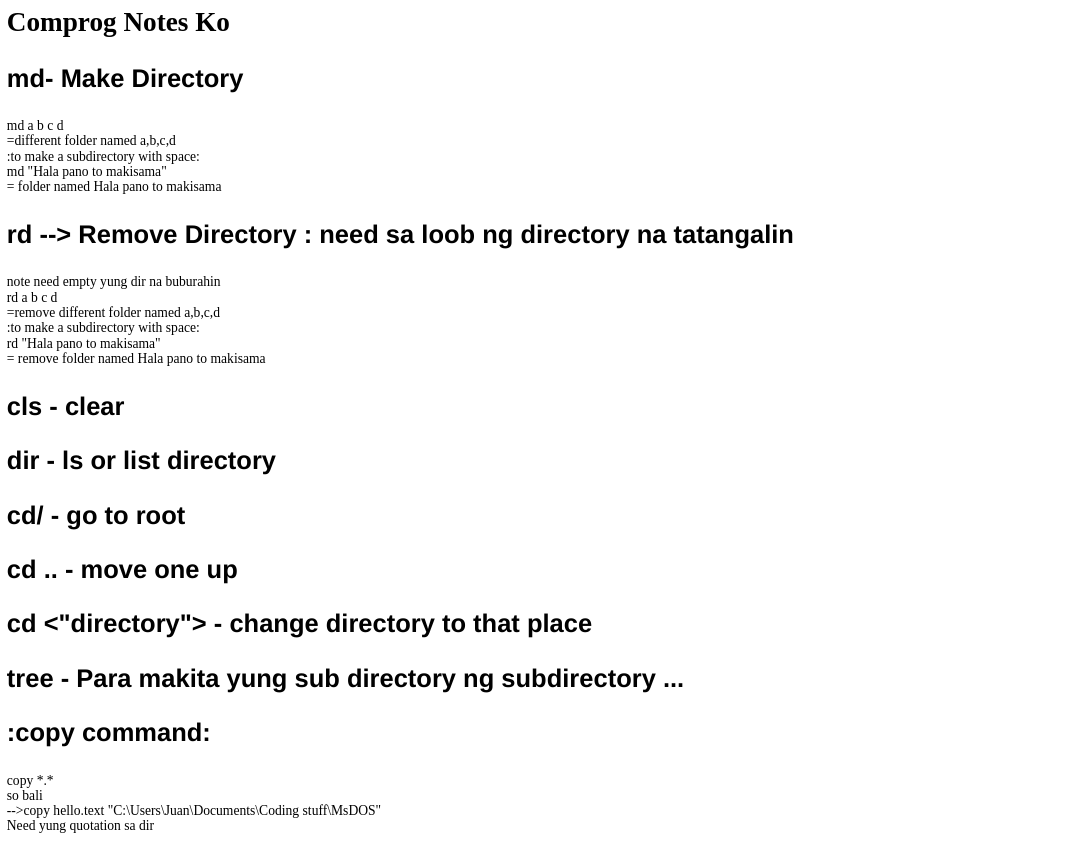
Repository: zwainer/Comprog
Page: index.html
The author's editor kept a copy of each file at every save. The page is drawn from the files as they stood at one save, then again after the next save.
The browser window is 1280 px wide. The pictures show the whole page, at 85% of full size.

Above is the page before, as saved 2023-05-04 08:38:14.

After the next save:
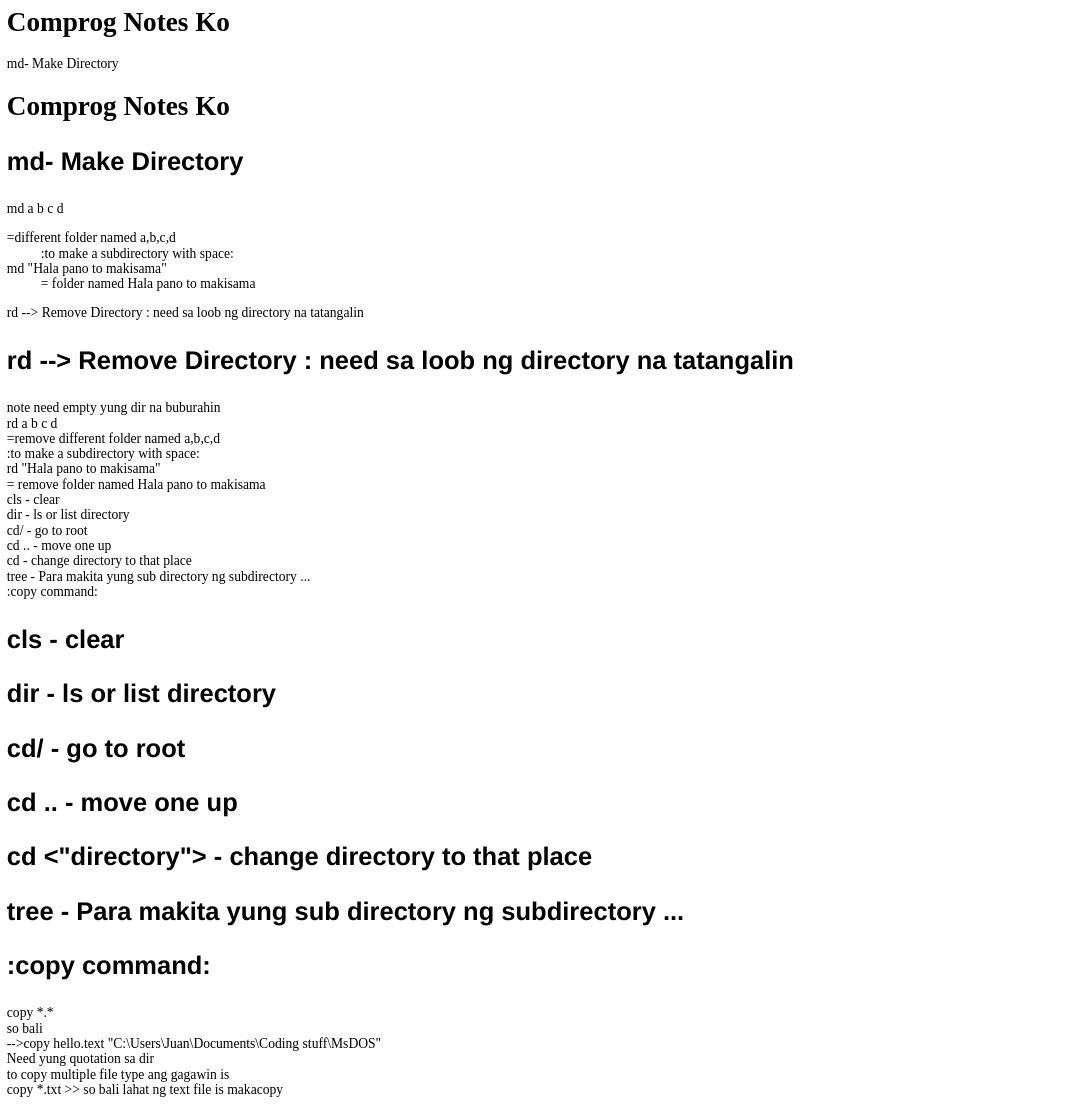
Saved 37 h 35 min later.
--- a/index.html
+++ b/index.html
@@ -1,18 +1,27 @@
 <html>
+
+	<h1>Comprog Notes Ko</h1>
+<p>md- Make Directory <br/>
+
 	<head>
 		<link rel="stylesheet" href="index.css">
 	</head>
 	<h1>Comprog Notes Ko</h1>
 <p class="StartCommand">md- Make Directory <br/></p>
+
 	md a b c d  <br/>
-		=different folder named a,b,c,d<br/>
+	<dl>
+<dt>=different folder named a,b,c,d<br/></dt>
 
-	:to make a subdirectory with space:<br/>
+	<dd>:to make a subdirectory with space:<br/></dd>
 
-	md "Hala pano to makisama"<br/>
-		= folder named Hala pano to makisama<br/>
+	<dt>md "Hala pano to makisama"<br/></dt>
+		<dd>= folder named Hala pano to makisama<br/></dd>
+</dl>
+rd --> Remove Directory : need sa loob ng directory na tatangalin<br/>
 
 <p class="StartCommand">rd --> Remove Directory : need sa loob ng directory na tatangalin<br/></p>
+
 
 	note need empty yung dir na buburahin<br/>
 
@@ -26,6 +35,20 @@ rd a b c d <br/>
 		= remove folder named Hala pano to makisama	<br/>
 
 
+
+cls - clear<br/>
+
+dir - ls or list directory<br/>
+
+cd/ - go to root<br/>
+
+cd .. - move one up<br/>
+
+cd <directory> - change directory to that place<br/>
+
+tree - Para makita yung sub directory ng subdirectory ...<br/>
+
+:copy command:<br/>
 <p class="StartCommand">cls - clear<br/></p>
 
 <p class="StartCommand">dir - ls or list directory<br/></p>
@@ -40,12 +63,17 @@ rd a b c d <br/>
 
 <p class="StartCommand">:copy command:<br/></p>
 
+
 copy *.*<br/>
 
 	so bali <br/>
 		-->copy hello.text "C:\Users\Juan\Documents\Coding stuff\MsDOS"<br/>
 			Need yung quotation sa dir<br/>
 
+	to copy multiple file type ang gagawin is </br>
+	copy *.txt >> so bali lahat ng text file is makacopy</br>
+
+
 
 		</p>
 </html>
